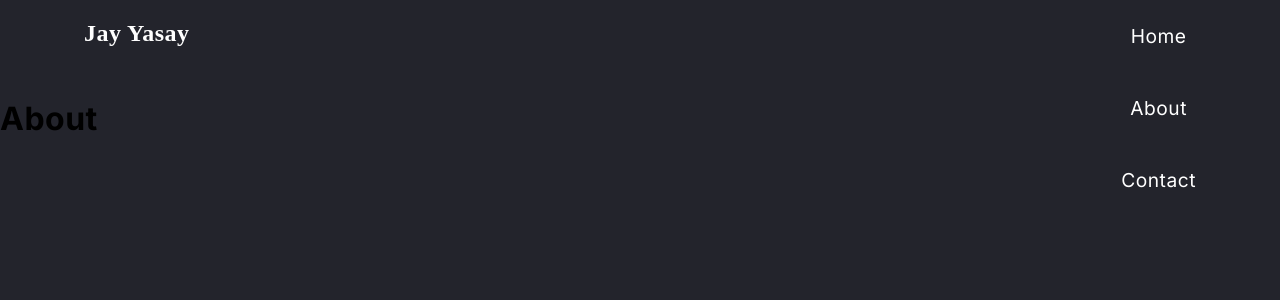
Repository: jayyasay/portfolio
Page: /about
An editor plug-in stored every save of this project. The page is shown before and after the next save, followed by the edit.
The browser window is 1280 px wide. The pictures show the whole page.
Some web fonts or font styles are not loaded; a fallback is used. The project was rebuilt for these pictures with package versions that can differ from the ones it lists, and the page was loaded fresh each time. Also part of the build but not shown: src/App.css, src/pages/Home.js.

Above is the page before, as saved 2023-09-19 17:16:59.

After the next save:
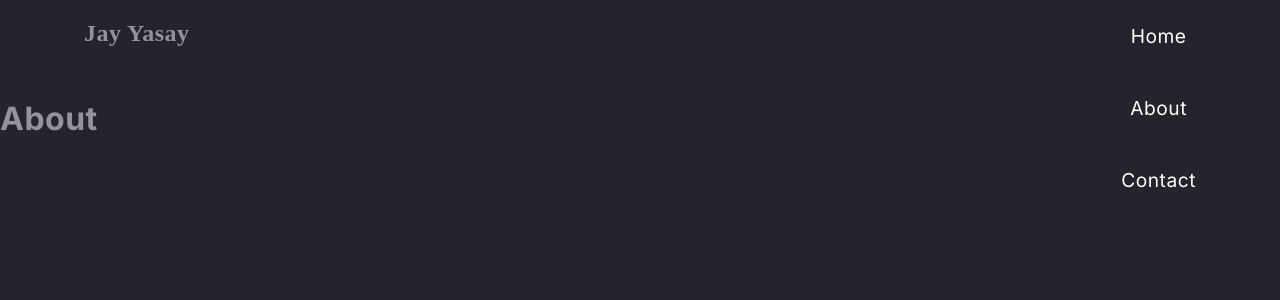
Saved 21 s later.
--- a/src/index.css
+++ b/src/index.css
@@ -22,6 +22,10 @@
     monospace;
 }
 
+h1, h2, h3, h4, h5, h6, p {
+  color: #94929c
+}
+
 h2 {
   font-size: 2rem;
 }
